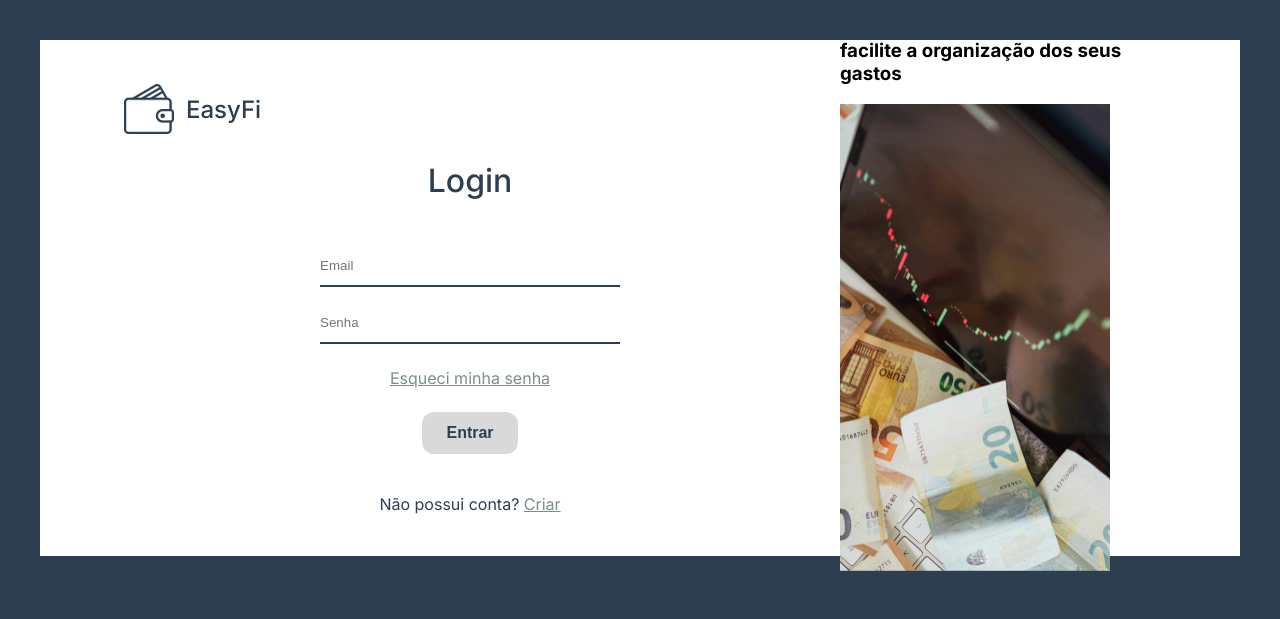
Repository: Ingridiag/projeto-engenharia
Page: login.html
These files come from the project's save history. The page is drawn as it stood at one moment and after a run of saves; the edit follows.
The browser window is 1280 px wide. The pictures show the whole page.

Above is the page before, as saved 2024-10-28 16:50:50.

After the next 3 saves:
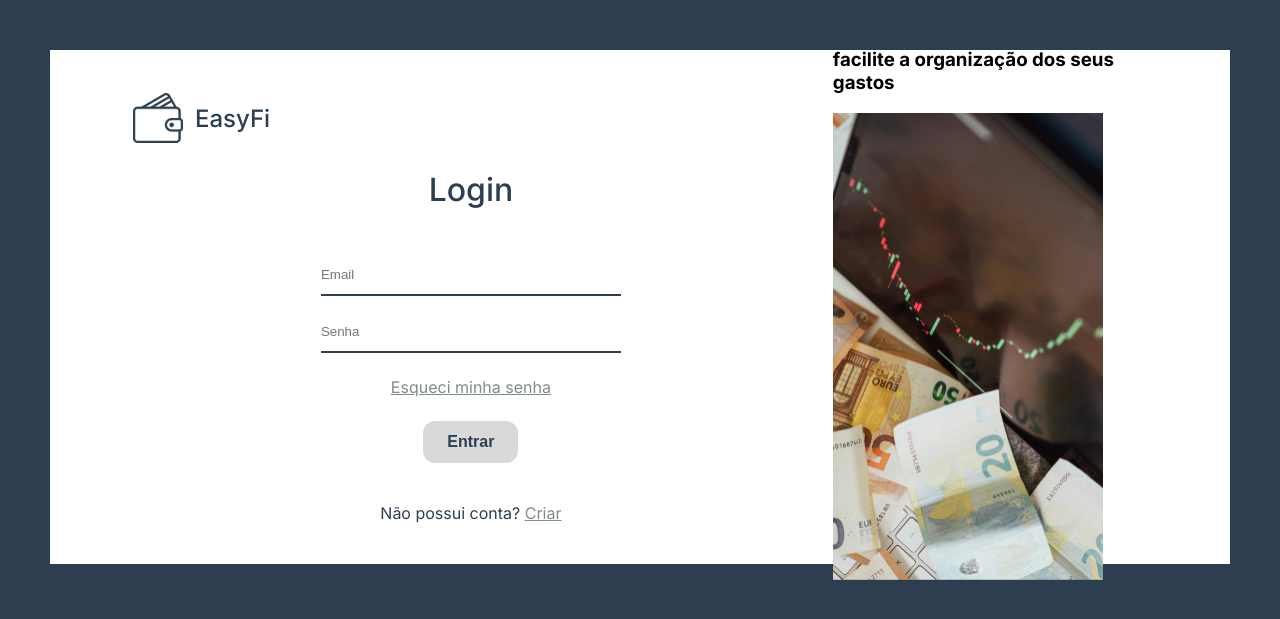
The 3 saves are shown as one change because they came seconds apart.
The last was saved 14 s later.
--- a/style.css
+++ b/style.css
@@ -10,7 +10,7 @@ body {
     display: flex;
     justify-content: center;
     align-items: center;
-    margin: 40px;
+    margin: 50px;
 }
 
 .login {
